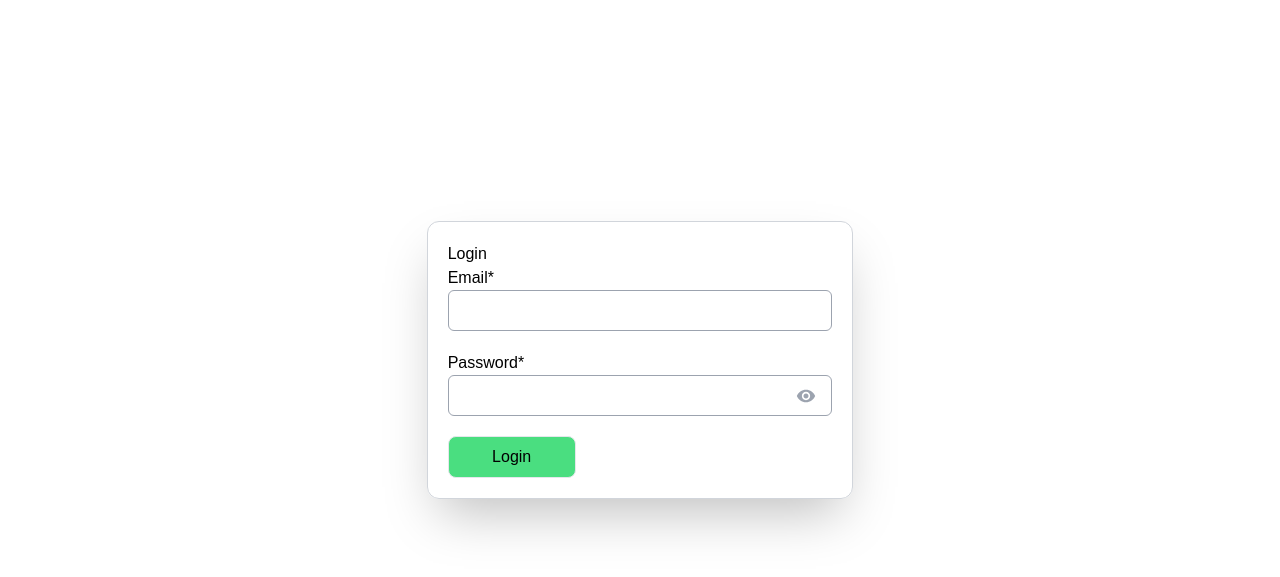
Repository: Qu4ntumGuy/support-ai
Page: /auth (app in frontend/)
The author's editor kept a copy of each file at every save. The page is drawn from the files as they stood at one save, then again after the next save.
The browser window is 1280 px wide. The pictures show the whole page.
The project was rebuilt for these pictures with package versions that can differ from the ones it lists, and the page was loaded fresh each time.

Above is the page before, as saved 2024-07-13 18:50:51.

### frontend/src/index.css
@tailwind base;
@tailwind components;
@tailwind utilities;

@import url("https://fonts.googleapis.com/css2?family=Poppins:ital,wght@0,100;0,200;0,300;0,400;0,500;0,600;0,700;0,800;0,900;1,100;1,200;1,300;1,400;1,500;1,600;1,700;1,800;1,900&display=swap");

:root {
  font-family: "Poppins", sans-serif;
  color-scheme: light;
}

### frontend/src/App.js
import React, { Suspense } from "react";
import { Route, Routes } from "react-router-dom";
import { BrowserRouter } from "react-router-dom";

const Home = React.lazy(() => import("./Pages/Home/Home"));
const Auth = React.lazy(() => import("./Pages/Auth/Auth"));

function App() {
  return (
    <>
      <BrowserRouter>
        <Suspense fallback={<div>Loading...</div>}>
          <Routes>
            <Route path="/" exact element={<Home />} />
            <Route path="/auth" exact element={<Auth />} />
          </Routes>
        </Suspense>
      </BrowserRouter>
    </>
  );
}

export default App;

### frontend/src/Pages/Auth/Auth.js
import React from "react";
import { Link } from "react-router-dom";
import VisibilityIcon from "@mui/icons-material/Visibility";
import VisibilityOffIcon from "@mui/icons-material/VisibilityOff";

function Auth() {
  const [email, setEmail] = React.useState("");
  const [password, setPass] = React.useState("");
  const [showPassword, setShowPassword] = React.useState(false);
  const [loading, setLoading] = React.useState(false);

  const loginHandler = async (e) => {
    e.preventDefault();
    setLoading(true);
    const res = await fetch("http://localhost:8000/api/login", {
      method: "POST",
      headers: {
        "Content-Type": "application/json",
      },
      body: JSON.stringify({ email, password }),
    });
    const data = await res.json();
    console.log(data);
    setLoading(false);
  };

  return (
    <div className="flex h-screen justify-center items-center">
      <div className="border border-gray-300 rounded-xl p-5 w-full md:w-1/2 m-5 shadow-2xl xl:w-1/3 2xl:w-[30%]">
        <div>Login</div>
        <div>
          <form>
            <div>
              <label>Email*</label>
              <input
                type="text"
                className=" hover:border-gray-500 border bg-inherit focus:outline-none  border-gray-400 w-full p-[2%] rounded-md mb-5"
                name="email"
                required
                onChange={(e) => setEmail(e.target.value)}
                value={email}
              />
            </div>
            <div>
              <label>Password*</label>
              <div className="flex border hover:border-gray-500 focus:outline-none justify-between border-gray-400 w-full p-[2%] rounded-md mb-5 ">
                <input
                  type={showPassword ? "text" : "password"}
                  className="focus:outline-none w-full bg-inherit"
                  name="password"
                  required
                  onChange={(e) => setPass(e.target.value)}
                  value={password}
                />
                <div
                  onClick={() => setShowPassword(!showPassword)}
                  className="cursor-pointer px-2 text-gray-400"
                >
                  {showPassword ? (
                    <VisibilityOffIcon fontSize="small" />
                  ) : (
                    <VisibilityIcon fontSize="small" />
                  )}
                </div>
              </div>
            </div>
            <button className="w-32 border bg-green-400 p-2 rounded-lg hover:bg-green-500">
              {loading ? "Loading..." : "Login"}
            </button>
          </form>
        </div>
      </div>
    </div>
  );
}

export default Auth;

Loaded but not shown: frontend/public/index.html (common file); frontend/src/index.js (common file); frontend/src/reportWebVitals.js (common file); frontend/tailwind.config.js (common file)

After the next save:
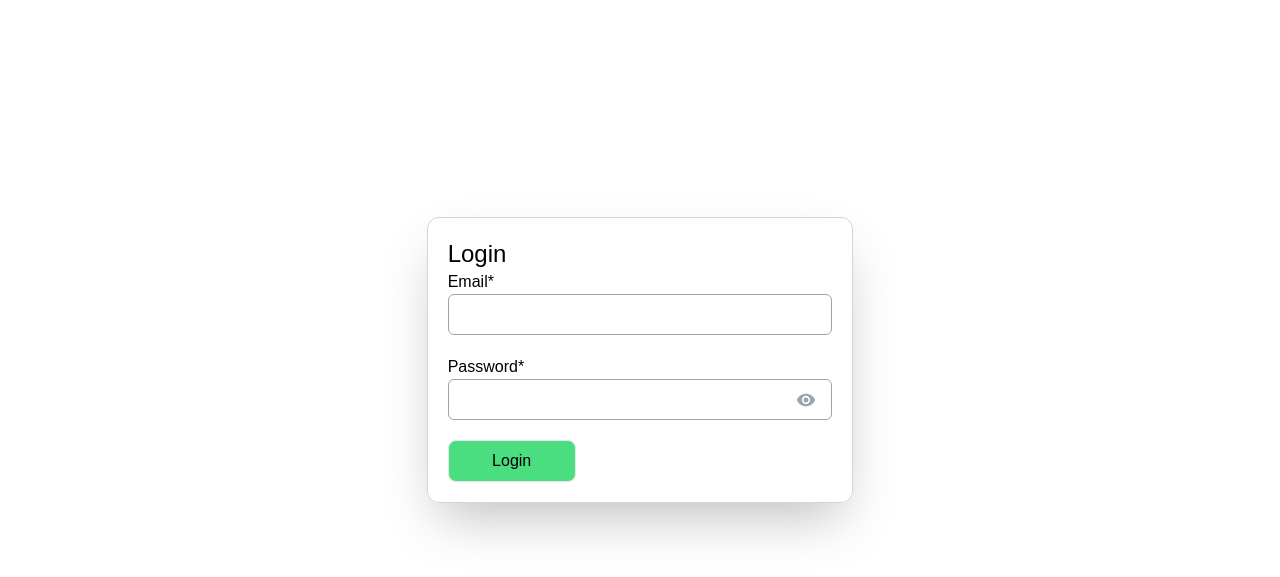
Saved 24 s later.
--- a/frontend/src/Pages/Auth/Auth.js
+++ b/frontend/src/Pages/Auth/Auth.js
@@ -27,7 +27,7 @@ function Auth() {
   return (
     <div className="flex h-screen justify-center items-center">
       <div className="border border-gray-300 rounded-xl p-5 w-full md:w-1/2 m-5 shadow-2xl xl:w-1/3 2xl:w-[30%]">
-        <div>Login</div>
+        <div className="text-2xl">Login</div>
         <div>
           <form>
             <div>
